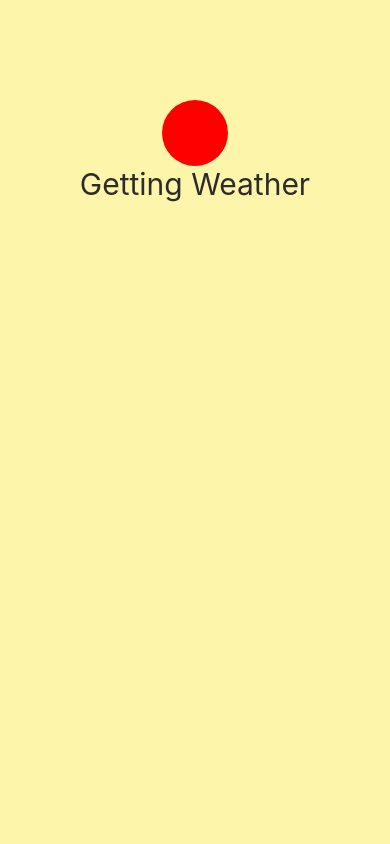
Repository: Exchallenger/Weather-app
Screen: /
The author's editor kept a copy of each file at every save. The screen is drawn from the files as they stood at one save, then again after the next save.
The app was drawn by React Native's web renderer in a window 390 px wide. The project was rebuilt for these pictures with package versions that can differ from the ones it lists, and the page was loaded fresh each time. Also part of the build but not shown: weather.js.

Above is the screen before, as saved 2021-01-15 15:16:06.

After the next save:
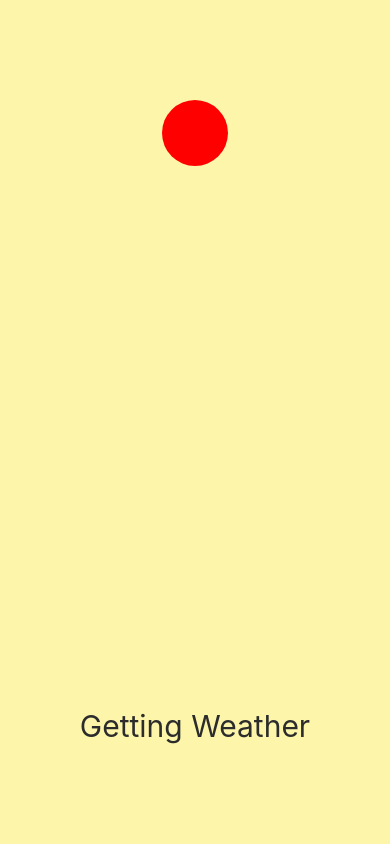
Saved 12 s later.
--- a/loading.js
+++ b/loading.js
@@ -19,7 +19,7 @@ const styles = StyleSheet.create({
         backgroundColor:"#FDF6AA"
     },
     texts:{
-        flex:1,
+
         justifyContent:"center",
         alignItems:"flex-end",
     },
@@ -29,7 +29,6 @@ const styles = StyleSheet.create({
         fontSize:30,
     },
     load:{
-
         justifyContent:"center",
         alignItems:"center",
         width:66,
